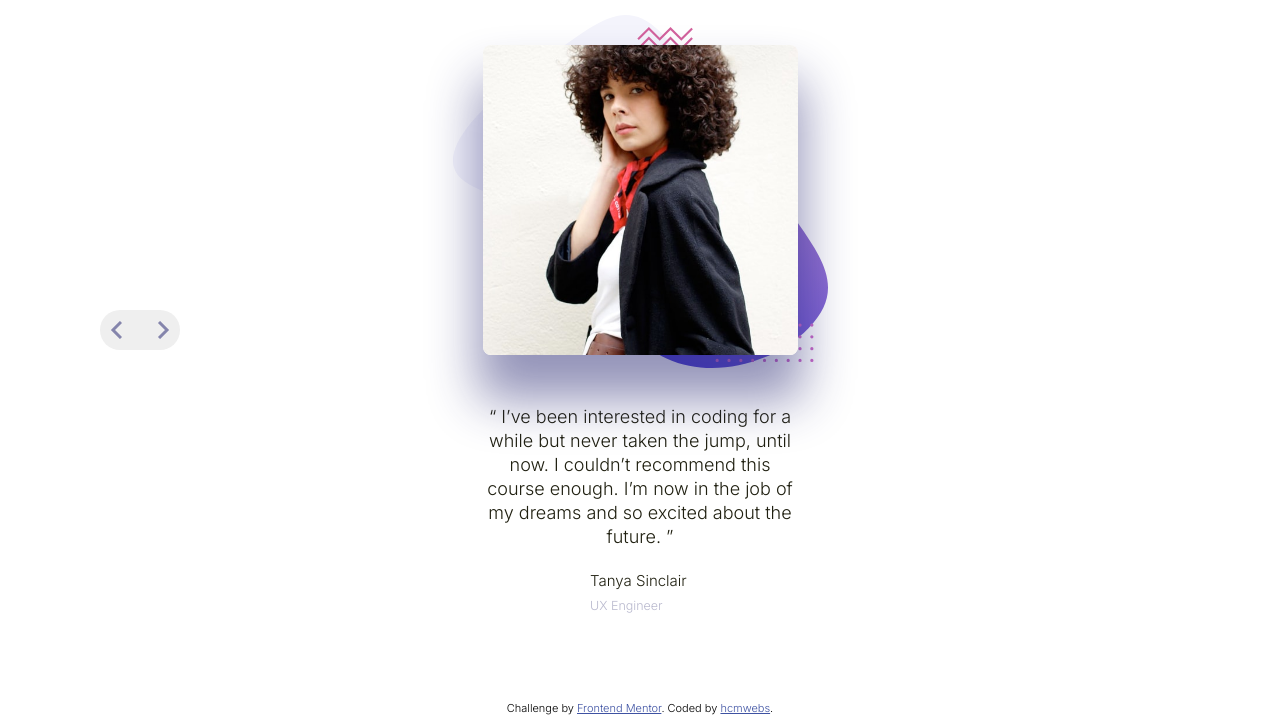
Repository: Hcmwebs/Coding-Bootcamp-Testimonials
Page: index.html
An editor plug-in stored every save of this project. The page is shown before and after the next save, followed by the edit.
The browser window is 1280 px wide. The pictures show the whole page.
The style sheet was rebuilt from its Sass, Less or Tailwind sources for each picture, by a compiler version that may differ from the author's.

Above is the page before, as saved 2020-10-30 14:19:35.

After the next save:
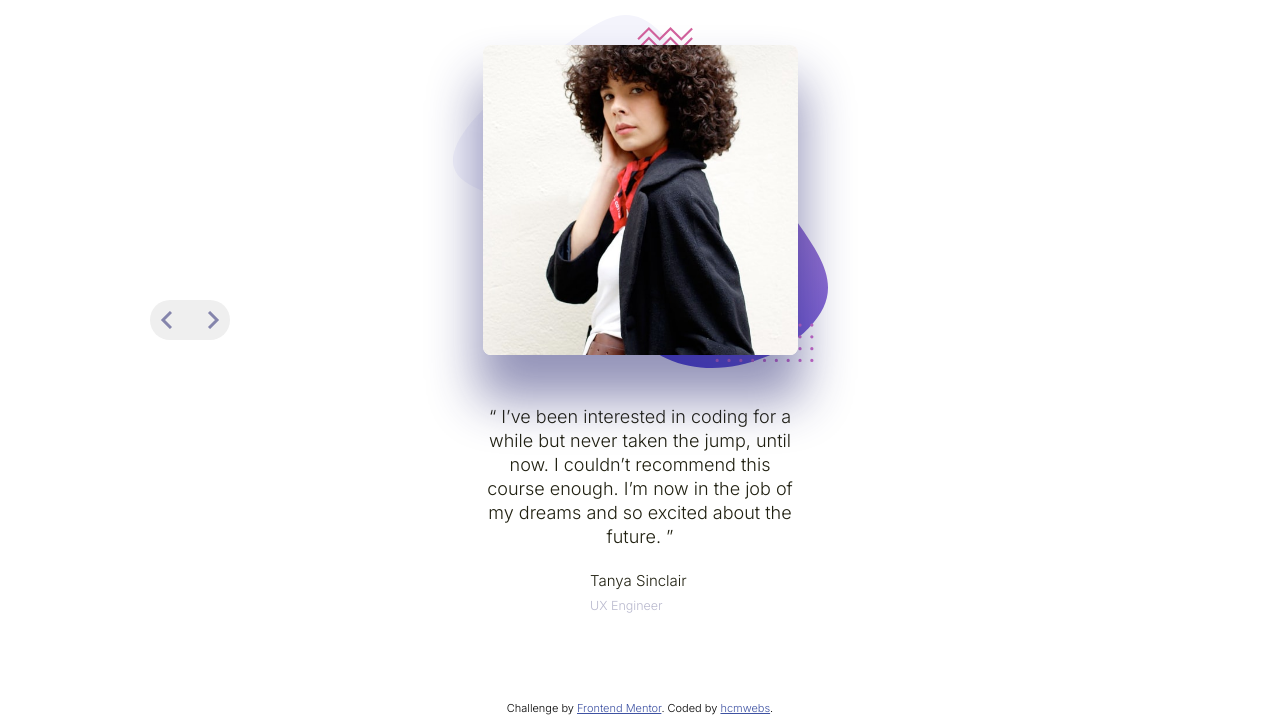
Saved 56 s later.
--- a/scss/main.scss
+++ b/scss/main.scss
@@ -80,8 +80,8 @@ body{
       border: none;
       @include flexSpaceBetween;
       position: absolute;
-      top: 310px;
-      left: 100px;
+      top: 300px;
+      left: 150px;
     }
 
   }
